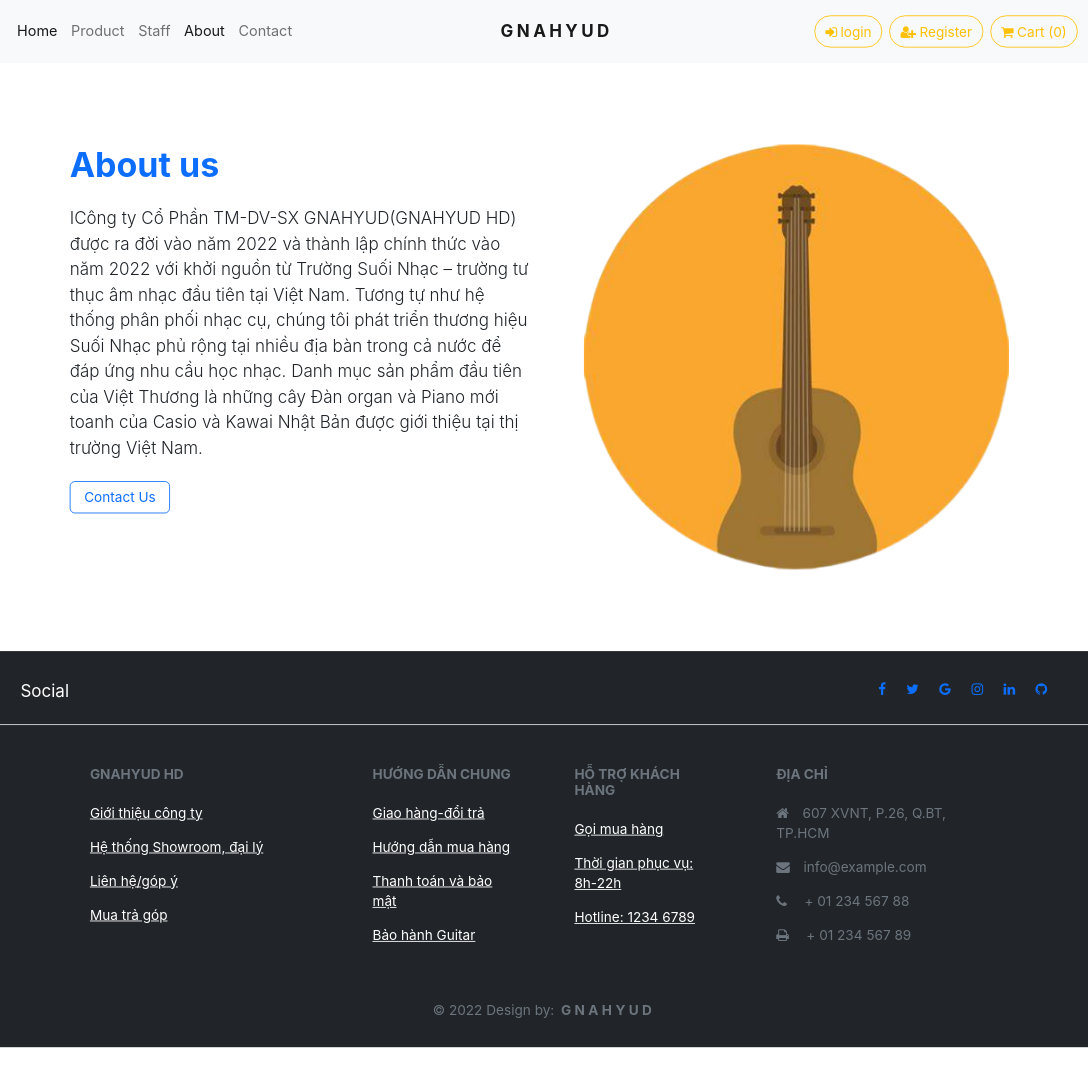
Repository: HoangDuy315/GuitarStore-Reactjs
Page: /about
The author's editor kept a copy of each file at every save. The page is drawn from the files as they stood at one save, then again after the next save.
The browser window is 1280 px wide. The pictures show the whole page, at 85% of full size.
The project was rebuilt for these pictures with package versions that can differ from the ones it lists, and the page was loaded fresh each time. Also part of the build but not shown: src/App.css, src/components/Product.jsx, src/components/Staff.jsx, src/components/Home.jsx, src/components/Contact.jsx.

Above is the page before, as saved 2022-09-23 13:33:58.

### public/index.html
<!DOCTYPE html>
<html lang="en">
  <head>
    <meta charset="utf-8" />
    <link rel="icon" href="%PUBLIC_URL%/favicon.ico" />
    <meta name="viewport" content="width=device-width, initial-scale=1" />
    <meta name="theme-color" content="#000000" />
    <meta
      name="description"
      content="Web site created using create-react-app"
    />
    <link rel="apple-touch-icon" href="%PUBLIC_URL%/logo192.png" />

    <link rel="manifest" href="%PUBLIC_URL%/manifest.json" />

    <title>Guitar-GnahYuD </title>
  </head>
  <body>
    <noscript>You need to enable JavaScript to run this app.</noscript>
    <div id="root"></div>

  </body>
</html>

### src/index.js
import React from 'react';
import ReactDOM from 'react-dom/client';
import { BrowserRouter } from 'react-router-dom';
import '../node_modules/bootstrap/dist/css/bootstrap.min.css'
import '../node_modules/bootstrap/dist/js/bootstrap.bundle'
import './index.css';
import 'font-awesome/css/font-awesome.min.css'
import App from './App';


const root = ReactDOM.createRoot(document.getElementById('root'));
root.render(
  <BrowserRouter>
    <App />
  </BrowserRouter>
);

### src/index.css
body {
  margin: 0;
  font-family: -apple-system, BlinkMacSystemFont, 'Segoe UI', 'Roboto', 'Oxygen',
    'Ubuntu', 'Cantarell', 'Fira Sans', 'Droid Sans', 'Helvetica Neue',
    sans-serif;
  -webkit-font-smoothing: antialiased;
  -moz-osx-font-smoothing: grayscale;
}

code {
  font-family: source-code-pro, Menlo, Monaco, Consolas, 'Courier New',
    monospace;
}

/* Navbar */
.navbar-nav li {
  font-size: 17px;
}
.navbar-brand {
  letter-spacing: 4px;
}

.card {
  transition: all 0.5s ease;
}

.card:hover {
  transform: scale(1.1);
  box-shadow: 5px 5px 10px rgba(0, 0, 0, 0.5);
}

### src/App.js
import './App.css';
import Header from './components/Header';
import Footer from './components/Footer';
import Home from './components/Home';
import About from './components/About';
import Product from './components/Product';
import Contact from './components/Contact';
import Staff from './components/Staff';
import {Route, Redirect, Switch} from 'react-router-dom'

function App() {
  return (
    <>
      <Header/>
      <Switch>
        <Route exact path='/' component={Home}/>
        <Route exact path='/products' component={Product}/>
        <Route exact path='/staff' component={Staff}/>
        <Route exact path='/about' component={About}/>
        <Route exact path='/contact' component={Contact}/>
        <Redirect to='/'/>
      </Switch>
      <Footer/>
    </>
  );
}

export default App;

### src/components/Header.jsx
import React from 'react'
import { NavLink } from 'react-router-dom'
import Cart from './buttons/Cart'
import Login from './buttons/Login'
import Signup from './buttons/Signup'

const Header = () => {
    return (
        <>
            <nav className="navbar navbar-expand-lg navbar-light bg-light">
                <div className="container-fluid py-2">
                    <button className="navbar-toggler" type="button" data-bs-toggle="collapse" data-bs-target="#navbarSupportedContent" aria-controls="navbarSupportedContent" aria-expanded="false" aria-label="Toggle navigation">
                    <span className="navbar-toggler-icon"></span>
                    </button>
                    <div className="collapse navbar-collapse" id="navbarSupportedContent">
                        <ul className="navbar-nav me-auto mb-2 mb-lg-0">
                            <li className="nav-item">
                            <NavLink className="nav-link" aria-current="page" to="/">Home</NavLink>
                            </li>
                            <li className="nav-item">
                            <NavLink className="nav-link" to="/products">Product</NavLink>
                            </li>

                            <li className="nav-item">
                            <NavLink className="nav-link" to="/staff">Staff</NavLink>
                            </li>
                            <li className="nav-item">
                            <NavLink className="nav-link" to="/about">About</NavLink>
                            </li>
                            <li className="nav-item">
                            <NavLink className="nav-link" to="/contact">Contact</NavLink>
                            </li>
                        </ul>
                    <NavLink className="navbar-brand mx-auto fw-bold" to="/">GNAHYUD</NavLink>
                    <Login/>
                    <Signup/>
                    <Cart/>
                    </div>
                </div>
            </nav>
        </>
    )
}

export default Header

### src/components/Footer.jsx
import React from 'react'


const Footer = () => {
    return (
        <footer class="text-center text-lg-start bg-dark text-muted my-5 py-2">

        <section class="d-flex justify-content-center justify-content-lg-between p-4 border-bottom">

          <div class="me-5 d-none d-lg-block">
            <span class="text-white fs-5">Social</span>
          </div>
          <div>
            <a href="" class="me-4">
              <i class="fa fa-facebook-f"></i>
            </a>
            <a href="" class="me-4">
              <i class="fa fa-twitter"></i>
            </a>
            <a href="" class="me-4">
              <i class="fa fa-google"></i>
            </a>
            <a href="" class="me-4">
              <i class="fa fa-instagram"></i>
            </a>
            <a href="" class="me-4">
              <i class="fa fa-linkedin"></i>
            </a>
            <a href="" class="me-4">
              <i class="fa fa-github"></i>
            </a>
          </div>
        </section>

            <div className="class">
                <div class="container text-center text-md-start mt-5">
                    <div class="row mt-3">
                        <div class="col-md-3 col-lg-4 col-xl-3 mx-auto mb-4">
                            <h6 class="text-uppercase fw-bold mb-4">
                                <i class="fa fa-gem "></i>GNAHYUD HD
                            </h6>
                            <p>
                                <a href="#!" class="text-white">Giới thiệu công ty</a>
                            </p>
                            <p>
                                <a href="#!" class="text-white">Hệ thống Showroom, đại lý</a>
                            </p>
                            <p>
                                <a href="#!" class="text-white">Liên hệ/góp ý</a>
                            </p>
                            <p>
                                <a href="#!" class="text-white">Mua trả góp</a>
                            </p>
                        </div>

                        <div class="col-md-2 col-lg-2 col-xl-2 mx-auto mb-4">
                            <h6 class="text-uppercase fw-bold mb-4">
                                Hướng dẫn chung
                            </h6>
                            <p>
                                <a href="#!" class="text-white">Giao hàng-đổi trả</a>
                            </p>
                            <p>
                                <a href="#!" class="text-white">Hướng dẫn mua hàng</a>
                            </p>
                            <p>
                                <a href="#!" class="text-white">Thanh toán và bảo mật</a>
                            </p>
                            <p>
                                <a href="#!" class="text-white">Bảo hành Guitar</a>
                            </p>
                        </div>

                        <div class="col-md-3 col-lg-2 col-xl-2 mx-auto mb-4">
                            <h6 class="text-uppercase fw-bold mb-4">
                                Hỗ trợ khách hàng
                            </h6>
                            <p>
                                <a href="#!" class="text-white">Gọi mua hàng </a>
                            </p>
                            <p>
                                <a href="#!" class="text-white">Thời gian phục vụ: 8h-22h</a>
                            </p>
                            <p>
                                <a href="#!" class="text-white">Hotline: 1234 6789 </a>
                            </p>
                        </div>

                        <div class="col-md-4 col-lg-3 col-xl-3 mx-auto mb-md-0 mb-4">
                            <h6 class="text-uppercase fw-bold mb-4">Địa chỉ</h6>
                            <p><i class="fa fa-home me-3 text-secondary"></i>607 XVNT, P.26, Q.BT, TP.HCM</p>
                            <p>
                                <i class="fa fa-envelope me-3 text-secondary"></i>
                                info@example.com
                            </p>
                            <p><i class="fa fa-phone me-3 text-secondary"></i> + 01 234 567 88</p>
                            <p><i class="fa fa-print me-3 text-secondary"></i> + 01 234 567 89</p>
                        </div>

                        <div class="text-center p-4">
                            © 2022 Design by:
                            <a class="navbar-brand text-reset fw-bold" href="https://www.facebook.com/profile.php?id=100007746304417"> GNAHYUD</a>
                        </div>
                    </div>
                </div>
            </div>
       </footer>
    )
}

export default Footer

### src/components/About.jsx
import React from 'react'
import { NavLink } from 'react-router-dom'

const About = () => {
    return (
        <div>
            <div className="container py-5 my-5">
                <div className="row ">
                    <div className="col-md-6">
                        <h1 className='text-primary fw-bold mb-4'>About us</h1>
                        <p className="lead mb-4">ICông ty Cổ Phần TM-DV-SX GNAHYUD(GNAHYUD HD) được ra đời vào năm 2022 và thành lập chính thức vào năm 2022 với khởi nguồn từ Trường Suối Nhạc – trường tư thục âm nhạc đầu tiên tại Việt Nam.
                         Tương tự như hệ thống phân phối nhạc cụ, chúng tôi phát triển thương hiệu Suối Nhạc phủ rộng tại nhiều địa bàn trong cả nước để đáp ứng nhu cầu học nhạc. Danh mục sản phẩm đầu tiên của Việt Thương là những cây Đàn organ và Piano mới toanh của Casio và Kawai Nhật Bản được giới thiệu tại thị trường Việt Nam.
                        </p>
                        <NavLink to="/contact" className="btn btn-outline-primary px-3">Contact Us</NavLink>
                    </div>
                    <div className="col-md-6 d-flex justify-content-center">
                        <img src="/assets/images/about.png" className='ms-4 ' alt="about us" height="500px" width="500px" />
                    </div>
                </div>
            </div>
        </div>
    )
}

export default About

### src/components/buttons/Cart.jsx
import React from 'react'
import { NavLink } from 'react-router-dom'

const Cart = () => {
    return (
        <>
            <NavLink to='/cart' className='btn  btn-outline-warning px-9 rounded-pill ms-2'>
                <span className='fa fa-shopping-cart me-1'></span>Cart (0)
            </NavLink>
        </>
    )
}

export default Cart

### src/components/buttons/Login.jsx
import React from 'react'

const Login = () => {
    return (
        <>
        {/* <!-- Button trigger modal --> */}
        <button type="button" class="btn  btn-outline-warning px-9 rounded-pill ms-auto" data-bs-toggle="modal" data-bs-target="#loginModal">
            <span className='fa fa-sign-in me-1'></span>login
        </button>

        {/* <!-- Modal --> */}
        <div class="modal fade" id="loginModal" tabIndex="-1" aria-labelledby="exampleModalLabel" aria-hidden="true">
            <div class="modal-dialog">
                <div class="modal-content">
                    <div class="modal-header">
                        <h5 class="modal-title" id="exampleModalLabel">Login</h5>
                        <button type="button" class="btn-close" data-bs-dismiss="modal" aria-label="Close"></button>
                    </div>

                    <div class="modal-body">
                        <form>
                            <div class="mb-3">
                                <label htmlFor="exampleInputEmail1" class="form-label">Email address</label>
                                <input type="email" class="form-control" id="exampleInputEmail1" aria-describedby="emailHelp"/>
                                <div id="emailHelp" class="form-text">We'll never share your email with anyone else.</div>
                            </div>
                            <div class="mb-3">
                                <label htmlFor="exampleInputPassword1" class="form-label">Password</label>
                                <input type="password" class="form-control" id="exampleInputPassword1"/>
                            </div>
                            <div class="mb-3 form-check">
                                <input type="checkbox" class="form-check-input" id="exampleCheck1"/>
                                <label class="form-check-label" htmlFor="exampleCheck1">Remember password</label>
                            </div>
                            <buton className="btn btn-primary w-100 mb-3">
                                <span className='fa fa-google me-2'></span> Sign in with Google
                            </buton>
                            <buton className="btn btn-primary w-100 mb-3">
                                <span className='fa fa-facebook me-2'></span> Sign in with Facebook
                            </buton>
                            <button type="submit" class="btn btn-outline-primary w-100 mt-3">Submit</button>
                        </form>
                    </div>
                </div>
            </div>
        </div>
        </>
    )
}

export default Login

### src/components/buttons/Signup.jsx
import React from 'react'

const Signup = () => {
    return (
        <div>
            {/* <!-- Button trigger modal --> */}
        <button type="button" class="btn btn-outline-warning px-9 rounded-pill ms-2" data-bs-toggle="modal" data-bs-target="#signupModal">
            <span className='fa fa-user-plus me-1'></span>Register
        </button>

        {/* <!-- Modal --> */}
        <div class="modal fade" id="signupModal" tabIndex="-1" aria-labelledby="exampleModalLabel" aria-hidden="true">
            <div class="modal-dialog">
                <div class="modal-content">
                    <div class="modal-header">
                        <h5 class="modal-title" id="exampleModalLabel">Signup</h5>
                        <button type="button" class="btn-close" data-bs-dismiss="modal" aria-label="Close"></button>
                    </div>

                    <div class="modal-body">
                        <form>
                            <div class="mb-3 ">
                                <label htmlFor="exampleInput" class="form-label">Username</label>
                                <input type="text" class="form-control" id="exampleInput"/>

                            </div>
                            <div class="mb-3">
                                <label htmlFor="exampleInputEmail1" class="form-label">Email address</label>
                                <input type="email" class="form-control" id="exampleInputEmail1" aria-describedby="emailHelp"/>
                            </div>
                            <div class="mb-3">
                                <label htmlFor="exampleInputPassword1" class="form-label">Password</label>
                                <input type="password" class="form-control" id="exampleInputPassword1"/>
                            </div>
                            <div class="mb-3 form-check">
                                <input type="checkbox" class="form-check-input" id="exampleCheck1"/>
                                <label class="form-check-label" htmlFor="exampleCheck1">Remember password</label>
                            </div>
                            <buton className="btn btn-primary w-100 mb-3">
                                <span className='fa fa-google me-2'></span> Sign up with Google
                            </buton>
                            <buton className="btn btn-primary w-100 mb-3">
                                <span className='fa fa-facebook me-2'></span> Sign up with Facebook
                            </buton>
                            <button type="submit" class="btn btn-outline-primary w-100 mt-3">Register</button>
                        </form>
                    </div>
                </div>
            </div>
        </div>
        </div>
    )
}

export default Signup

After the next save:
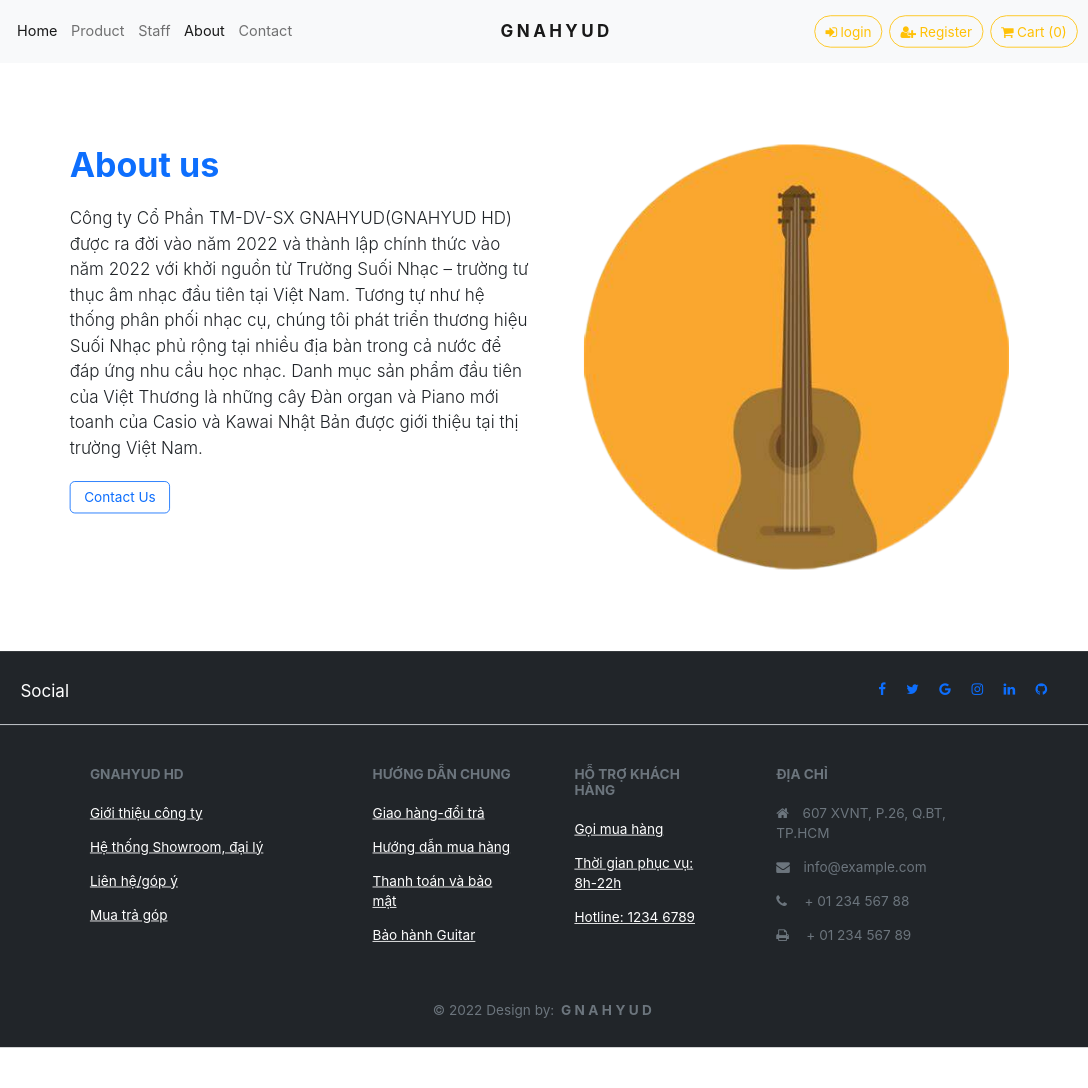
Saved 14 s later.
--- a/src/components/About.jsx
+++ b/src/components/About.jsx
@@ -8,7 +8,7 @@ const About = () => {
                 <div className="row ">
                     <div className="col-md-6">
                         <h1 className='text-primary fw-bold mb-4'>About us</h1>
-                        <p className="lead mb-4">ICông ty Cổ Phần TM-DV-SX GNAHYUD(GNAHYUD HD) được ra đời vào năm 2022 và thành lập chính thức vào năm 2022 với khởi nguồn từ Trường Suối Nhạc – trường tư thục âm nhạc đầu tiên tại Việt Nam.
+                        <p className="lead mb-4">Công ty Cổ Phần TM-DV-SX GNAHYUD(GNAHYUD HD) được ra đời vào năm 2022 và thành lập chính thức vào năm 2022 với khởi nguồn từ Trường Suối Nhạc – trường tư thục âm nhạc đầu tiên tại Việt Nam.
                          Tương tự như hệ thống phân phối nhạc cụ, chúng tôi phát triển thương hiệu Suối Nhạc phủ rộng tại nhiều địa bàn trong cả nước để đáp ứng nhu cầu học nhạc. Danh mục sản phẩm đầu tiên của Việt Thương là những cây Đàn organ và Piano mới toanh của Casio và Kawai Nhật Bản được giới thiệu tại thị trường Việt Nam.
                         </p>
                         <NavLink to="/contact" className="btn btn-outline-primary px-3">Contact Us</NavLink>
